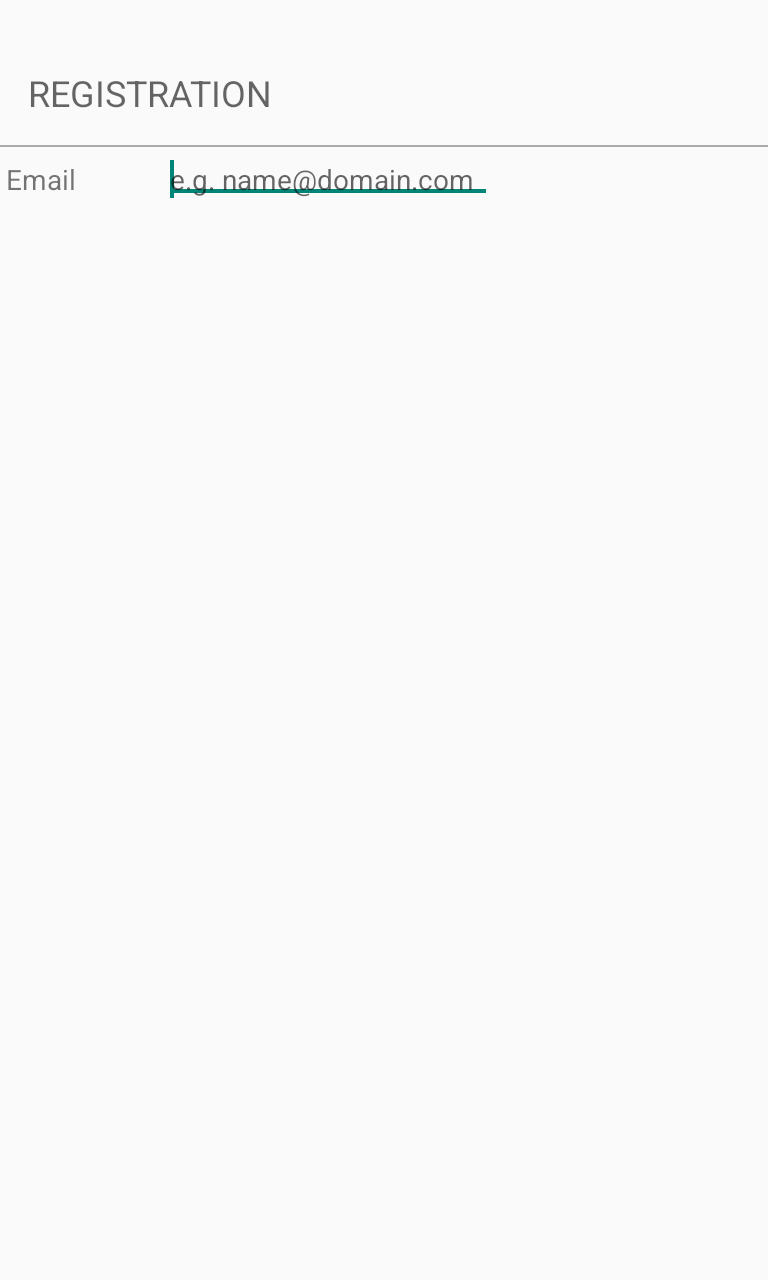
Repository: lMayuraDevani/BrentBrown
Layout: BrentBrown/res/layout/register.xml
The author's editor kept a copy of each file at every save. The layout is drawn from the files as they stood at one save, then again after the next save.
It is drawn on a 768 x 1280 px phone screen (xhdpi) without system bars, with theme AppTheme; the app's code is not run.

Above is the layout before, as saved 2014-11-12 09:22:41.

After the next save:
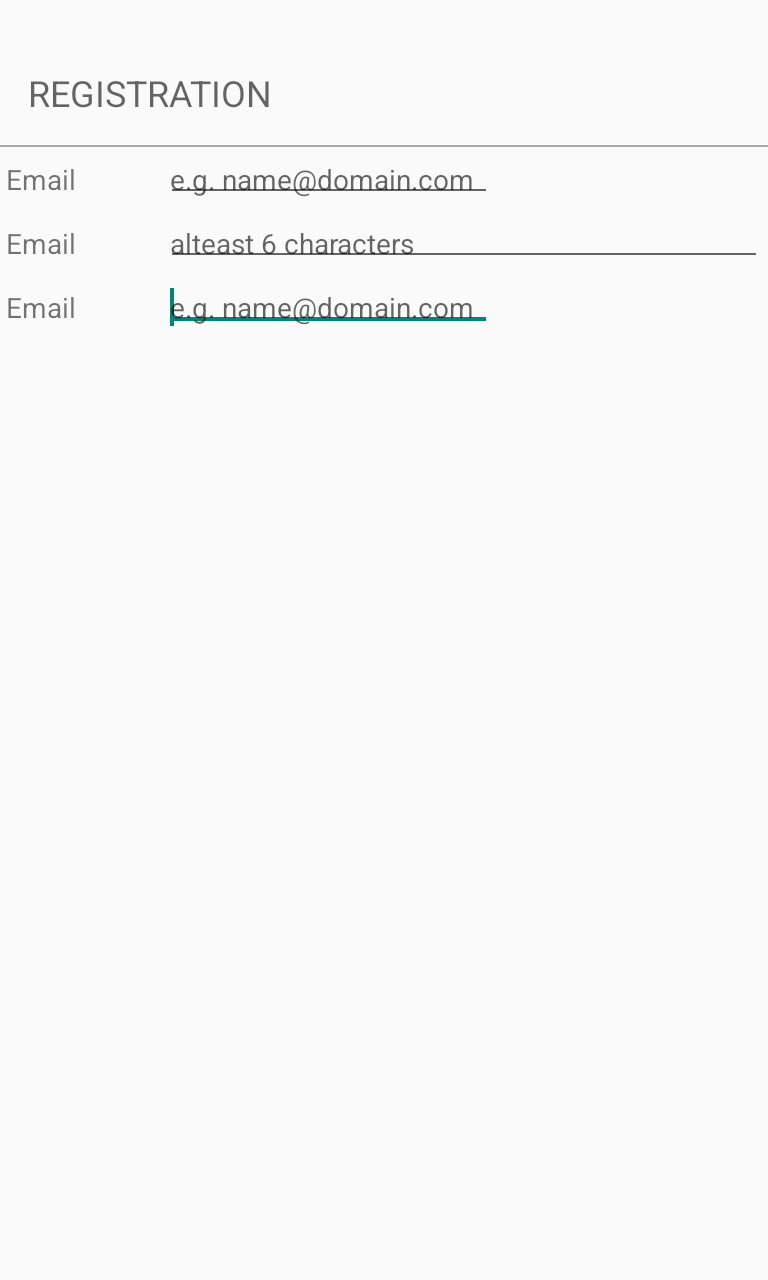
Saved 64 s later.
--- a/BrentBrown/res/layout/register.xml
+++ b/BrentBrown/res/layout/register.xml
@@ -49,5 +49,63 @@
                 </EditText>
             </LinearLayout>
 
+      <LinearLayout
+                android:layout_width="fill_parent"
+                android:layout_height="wrap_content"
+                android:padding="2dp"
+                android:orientation="horizontal" >
+
+                <TextView
+                    android:id="@+id/emaillbl"
+                    android:layout_width="80dp"
+                    android:layout_height="wrap_content"
+                    android:layout_gravity="center"
+                    android:padding="01dp"
+                    android:text="Email"
+                    android:textAppearance="?android:attr/textAppearanceSmall" />
+
+                  <EditText
+                    android:id="@+id/passwordtxt"
+                    android:layout_width="match_parent"
+                    android:layout_height="wrap_content"
+                    android:ems="10"
+                    android:hint="alteast 6 characters"
+                    android:inputType="textPassword"
+                    android:padding="3dp"
+                    android:textAppearance="?android:attr/textAppearanceSmall"
+                    android:textColor="#CDCCCD" >
+
+                    <requestFocus />
+                </EditText>
+            </LinearLayout>
+            <LinearLayout
+                android:layout_width="fill_parent"
+                android:layout_height="wrap_content"
+                android:padding="2dp"
+                android:orientation="horizontal" >
+
+                <TextView
+                    android:id="@+id/emaillbl"
+                    android:layout_width="80dp"
+                    android:layout_height="wrap_content"
+                    android:layout_gravity="center"
+                    android:padding="01dp"
+                    android:text="Email"
+                    android:textAppearance="?android:attr/textAppearanceSmall" />
+
+                <EditText
+                    android:id="@+id/emailtxt"
+                    android:layout_width="wrap_content"
+                    android:layout_height="wrap_content"
+                    android:ems="10"
+                    android:hint="e.g. name@domain.com"
+                    android:padding="3dp"
+                    android:textAppearance="?android:attr/textAppearanceSmall"
+                    android:textColor="#CDCCCD" >
+
+                    <requestFocus />
+                </EditText>
+            </LinearLayout>
+
 
 </LinearLayout>
